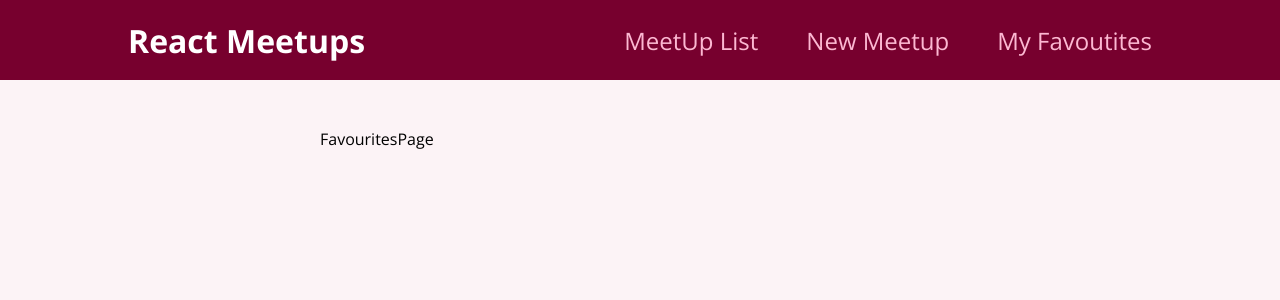
Repository: portretrieve/react-meetup-app
Page: /fav
The author's editor kept a copy of each file at every save. The page is drawn from the files as they stood at one save, then again after the next save.
The browser window is 1280 px wide. The pictures show the whole page.
The project was rebuilt for these pictures with package versions that can differ from the ones it lists, and the page was loaded fresh each time. A package was used in the major version that the imports need, not the one package.json lists. Also part of the build but not shown: src/components/meetups/MeetupList.module.css, src/components/meetups/Meetupitem.module.css, src/components/userInterface/Card.module.css, src/components/userInterface/Card.js, src/components/meetups/MeetupItem.js, src/components/meetups/MeetupList.js, src/pages/AllMeetups.js, src/components/meetups/NewMeetupForm.module.css and 2 more.

Above is the page before, as saved 2021-08-20 21:42:02.

After the next save:
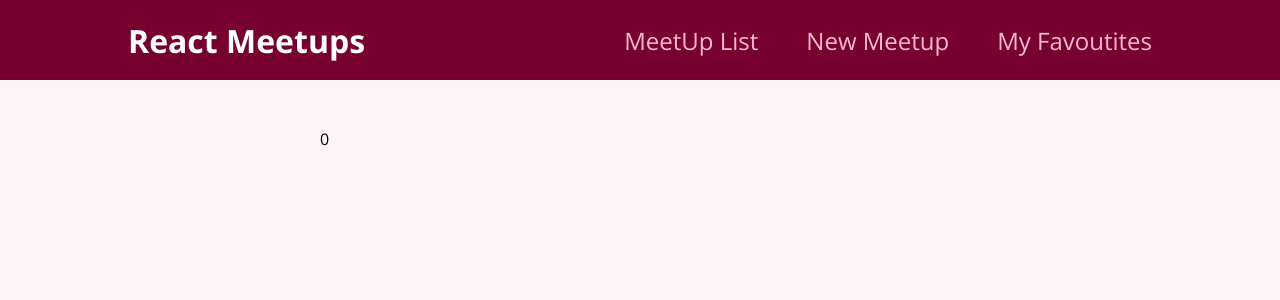
Saved 17 s later.
--- a/src/pages/Favourites.js
+++ b/src/pages/Favourites.js
@@ -5,7 +5,7 @@ function FavouritesPage() {
   const favoriteCtx = useContext(FavouritesContext);
   const array = favoriteCtx.totalFavourites;
 
-  return <div>FavouritesPage</div>;
+  return <div>{array}</div>;
 }
 
 export default FavouritesPage;
